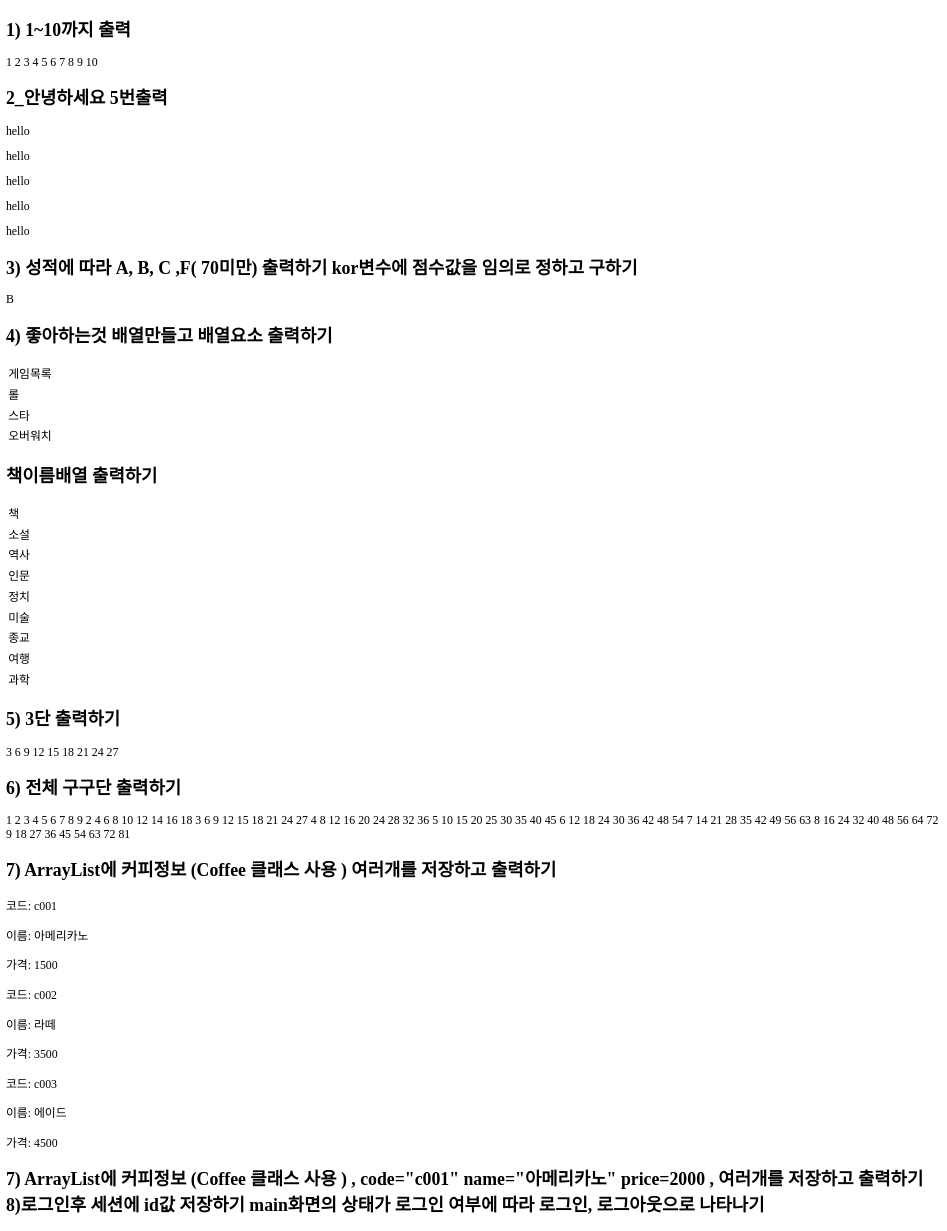
Repository: mvcfvsgdj/javaee
Page: http://localhost/ELprj0908/jstl8
The author's editor kept a copy of each file at every save. The page is drawn from the files as they stood at one save, then again after the next save.
The browser window is 1280 px wide. The pictures show the whole page, at 74% of full size.
The page is served by Tomcat 9.

Above is the page before, as saved 2023-09-08 06:43:29.

After the next save:
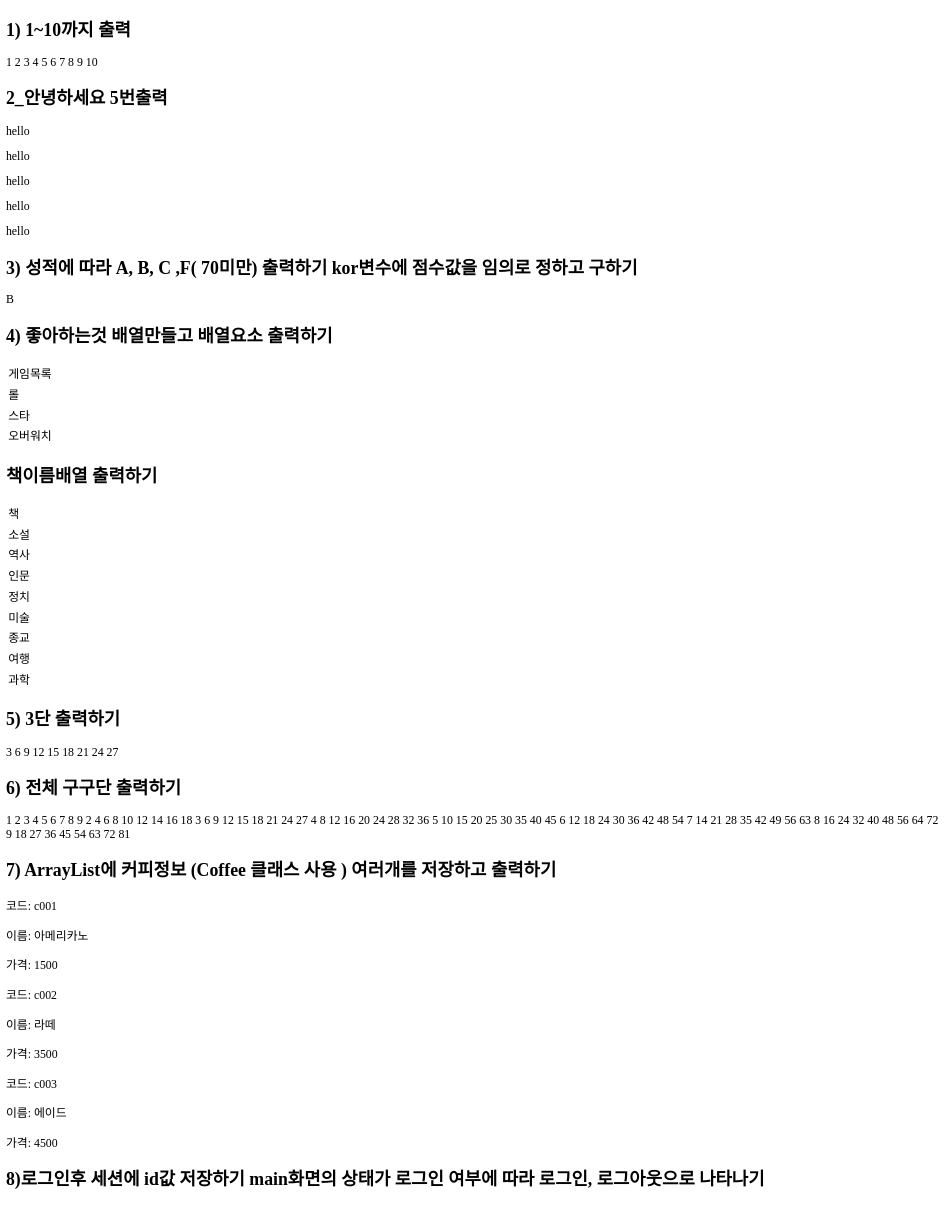
Saved 55 s later.
--- a/ELprj0908/src/main/webapp/WEB-INF/views/jstl8.jsp
+++ b/ELprj0908/src/main/webapp/WEB-INF/views/jstl8.jsp
@@ -98,19 +98,11 @@ ${book}
     <p>이름: ${coffeelist.name}</p>
     <p>가격: ${coffeelist.price}</p>
 </c:forEach>
-    <h2>
+
+
+<h2>8)로그인후 세션에 id값 저장하기 main화면의 상태가 로그인 여부에 따라  로그인, 로그아웃으로 나타나기</h2>
 
 
 
-
-
-
-7) ArrayList에 커피정보 (Coffee 클래스 사용 ) ,  code="c001"   name="아메리카노"  price=2000 , 여러개를 저장하고
-   출력하기
-8)로그인후 세션에 id값 저장하기
-main화면의 상태가 로그인 여부에 따라
-로그인, 로그아웃으로 나타나기
-    </h2>
-
 </body>
 </html>
